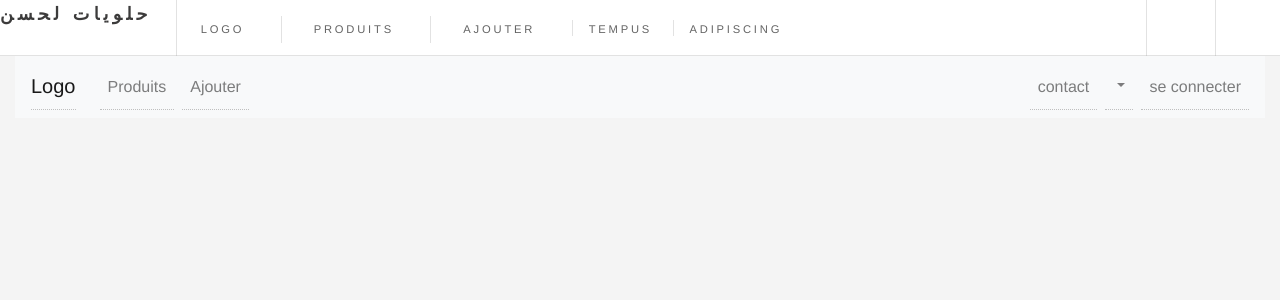
Repository: bouachibah/ProjetPatisserie
Page: http://localhost/template
The author's editor kept a copy of each file at every save. The page is drawn from the files as they stood at one save, then again after the next save.
The browser window is 1280 px wide. The pictures show the whole page.
Some web libraries are served in a nearby version. The page is this project's Thymeleaf template; nobody is signed in. The template is opened directly, without the code that normally fills it, so the values that code supplies are empty.

Above is the page before, as saved 2021-03-16 08:03:16.
Console error: TypeError: Cannot read properties of undefined (reading 'fn')

After the next save:
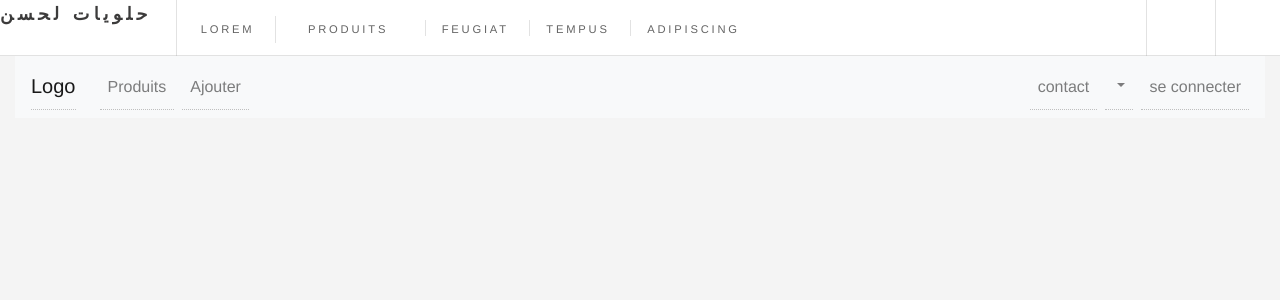
Saved 33 s later.
--- a/patesserie-app/src/main/resources/templates/template.html
+++ b/patesserie-app/src/main/resources/templates/template.html
@@ -62,9 +62,9 @@
 						<h2><a href="index.html">حلويات لحسن </a></h2>
 						<nav class="links">
 							<ul>
-								<li><a class="navbar-brand" th:href="@{/}">Logo</a></li>
+								<li><a href="#">Lorem</a></li>
 								<li><a class="nav-link" th:href="@{/product}">Produits</a></li>
-								<li><a class="nav-link" th:href="@{/formProduit}">Ajouter</a></li>
+								<li><a href="#">Feugiat</a></li>
 								<li><a href="#">Tempus</a></li>
 								<li><a href="#">Adipiscing</a></li>
 							</ul>
